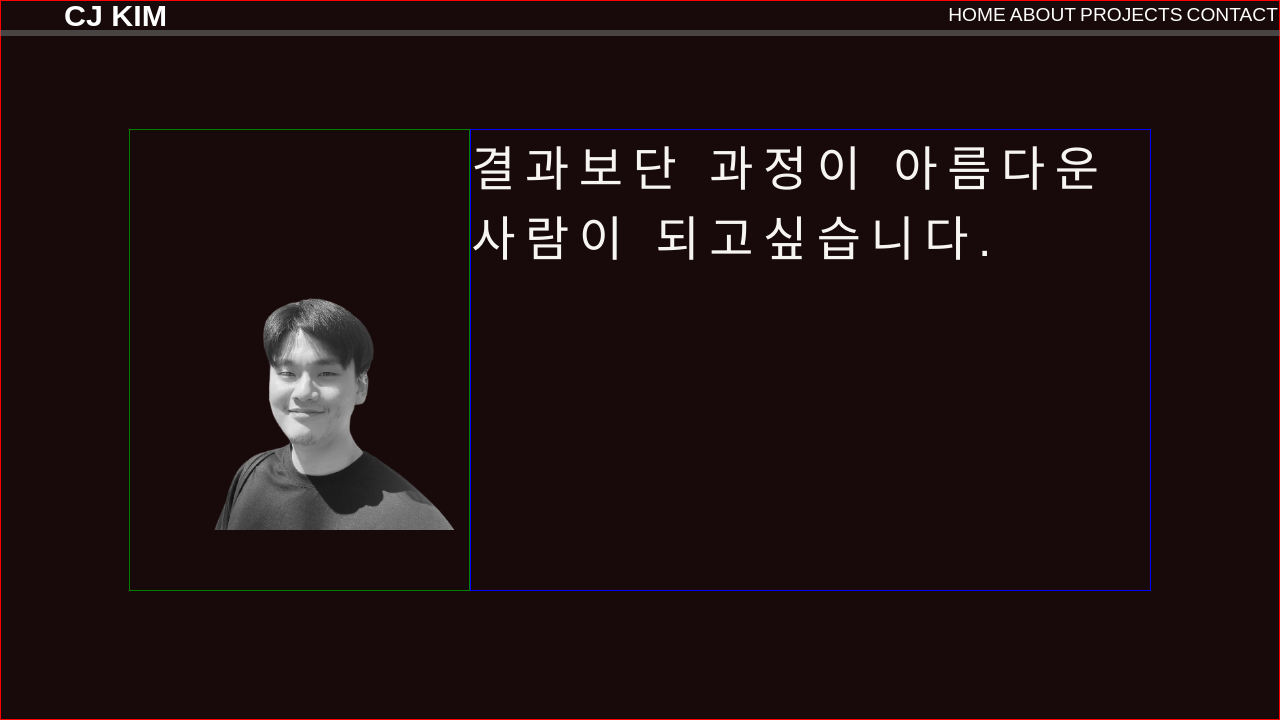
Repository: rlatlswo135/port
Page: /about
These files come from the project's save history. The page is drawn as it stood at one moment and after the next save; the edit follows.
The browser window is 1280 px wide. The pictures show the whole page.
The project was rebuilt for these pictures with package versions that can differ from the ones it lists, and the page was loaded fresh each time. Also part of the build but not shown: src/App.css, src/Pages/Start.jsx, src/Pages/Home.jsx, src/Pages/Contact.jsx, src/Components/Project.jsx, src/Pages/Port.jsx, src/Components/ProjectDetail.jsx.

Above is the page before, as saved 2022-04-07 03:25:35.

After the next save:
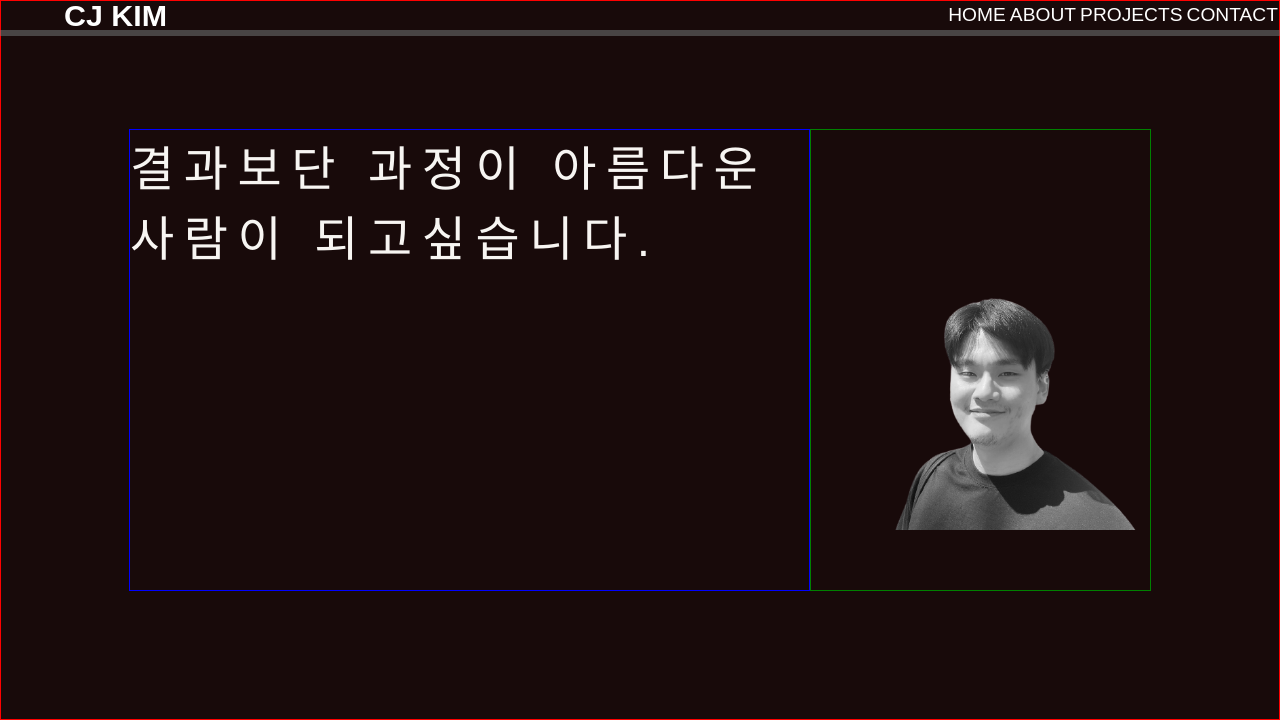
Saved 11 s later.
--- a/src/Pages/About.jsx
+++ b/src/Pages/About.jsx
@@ -37,12 +37,12 @@ const About = () => {
         <Container>
             <Nav />
             <AboutBox>
+                <Text>
+                    <TextContent>결과보단 과정이 아름다운 사람이 되고싶습니다.</TextContent>
+                </Text>
                 <Img>
                     <img src={profile3} style={{width:'100%'}}></img>
                 </Img>
-                <Text>
-                    <TextContent>결과보단 과정이 아름다운 사람이 되고싶습니다.</TextContent>
-                </Text>
             </AboutBox>
         </Container>
     );
